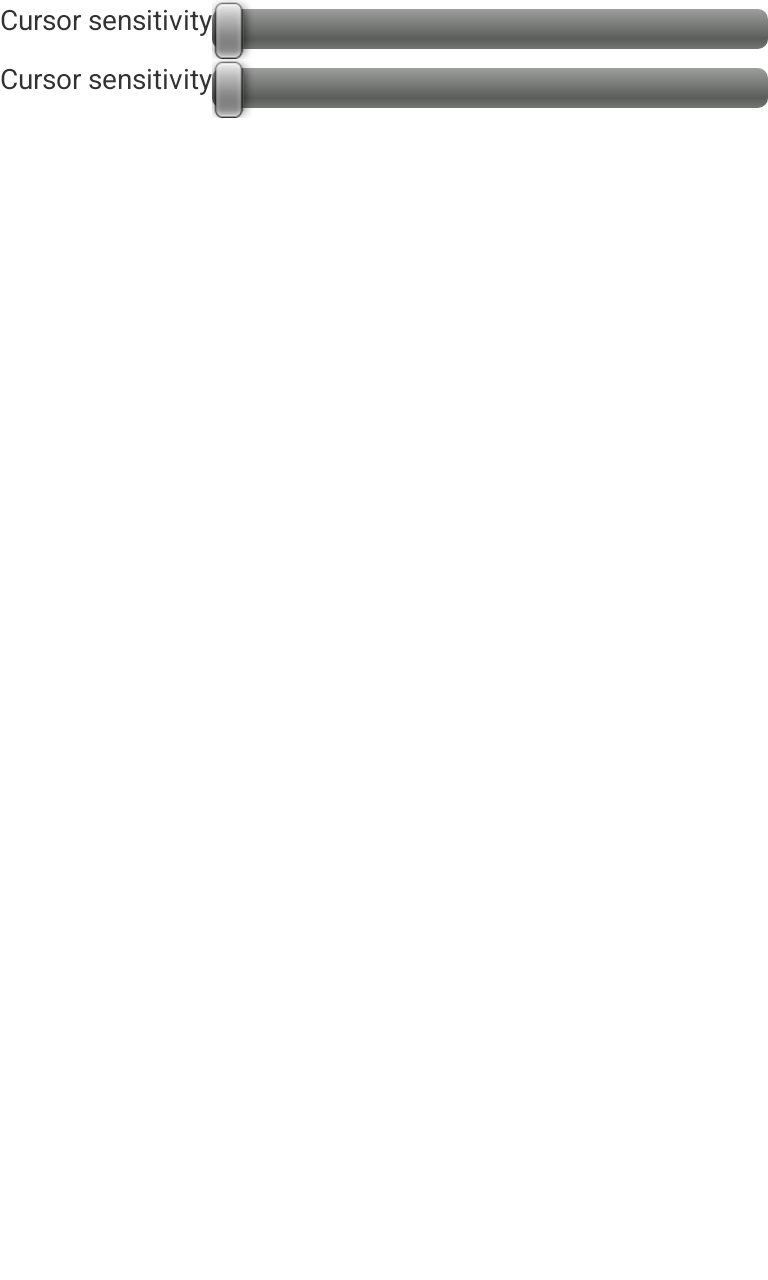
Repository: kamiljano/PCRemote
Layout: workspace/PCRemote/res/layout/preferences_activity.xml
The author's editor kept a copy of each file at every save. The layout is drawn from the files as they stood at one save, then again after the next save.
It is drawn on a 768 x 1280 px phone screen (xhdpi) without system bars, with theme AppTheme; the app's code is not run.

Above is the layout before, as saved 2012-09-21 15:19:27.

### workspace/PCRemote/res/layout/preferences_activity.xml
<?xml version="1.0" encoding="utf-8"?>
<ScrollView xmlns:android="http://schemas.android.com/apk/res/android"
    android:layout_width="match_parent"
    android:layout_height="match_parent">

    <TableLayout
        android:layout_width="match_parent"
        android:layout_height="wrap_content"
        android:stretchColumns="1">

        <TableRow
            android:layout_width="match_parent"
            android:layout_height="wrap_content" >

            <TextView
                android:layout_width="wrap_content"
                android:layout_height="wrap_content"
                android:text="@string/cursorSens" />

            <SeekBar
                android:id="@+id/cursorSens"
                android:layout_width="match_parent"
                android:layout_height="wrap_content" />

        </TableRow>

        <TableRow
            android:layout_width="match_parent"
            android:layout_height="wrap_content" >

            <TextView
                android:layout_width="wrap_content"
                android:layout_height="wrap_content"
                android:text="@string/cursorSens" />

            <SeekBar
                android:id="@+id/scrollSens"
                android:layout_width="match_parent"
                android:layout_height="wrap_content" />

        </TableRow>

    </TableLayout>

</ScrollView>

### workspace/PCRemote/res/values/strings.xml
<resources>

    <string name="app_name">PCRemote</string>
    <string name="hello_world">Hello world!</string>
    <string name="menu_settings">Settings</string>
    <string name="title_activity_main">MainActivity</string>
    <string name="remote">Remote</string>
    <string name="servers">Servers</string>
    <string name="preferences">Preferences</string>
    <string name="help">Help</string>
    <string name="addServer">Add Server</string>
    <string name="name">Name</string>
    <string name="address">Address</string>
    <string name="port">Port</string>
    <string name="add">Add</string>
    <string name="serverNameHint">The name that will be visible in your list of servers</string>
    <string name="serverAddressHint">The IP or DNS address of a PC you want to control</string>
    <string name="serverPortHint">The port used by the server installed on your PC</string>
    <string name="remove">Remove</string>
    <string name="info">Info</string>
    <string name="serverInfo">Server info</string>
	<string name="noServerSelected">No server has been selected yet</string>
    <string name="connecting">Connecting. Please wait...</string>
    <string name="connectionFail">Unable to connect to server</string>
    <string name="connected">Connected</string>
    <string name="mouseInfo">Slide to control cursor</string>
    <string name="connectionLost">Unable to communicate with the server</string>
    <string name="edit">Edit</string>
    <string name="save">Save</string>
    <string name="keyboard">Keyboard</string>
    <string name="mousepad">Mouse pad</string>
    <string name="media">Media</string>
    <string name="prev">Previous</string>
    <string name="next">Next</string>
    <string name="play">Play</string>
    <string name="pause">Pause</string>
    <string name="aboutText">Project created by Kamil Janowski in year 2012 as his Engineering Final Project.
        I know it might not look that perfect, but still, the important thing is that it actually works, right? :D</string>
    <string name="cursorSens">Cursor sensitivity</string>
    <string name="prefsStoreFail">Failed to store preferences</string>
    <string name="scrollSens">Scroll sensitivity</string>
</resources>

Loaded but not shown: workspace/PCRemote/res/values/styles.xml (common file)

After the next save:
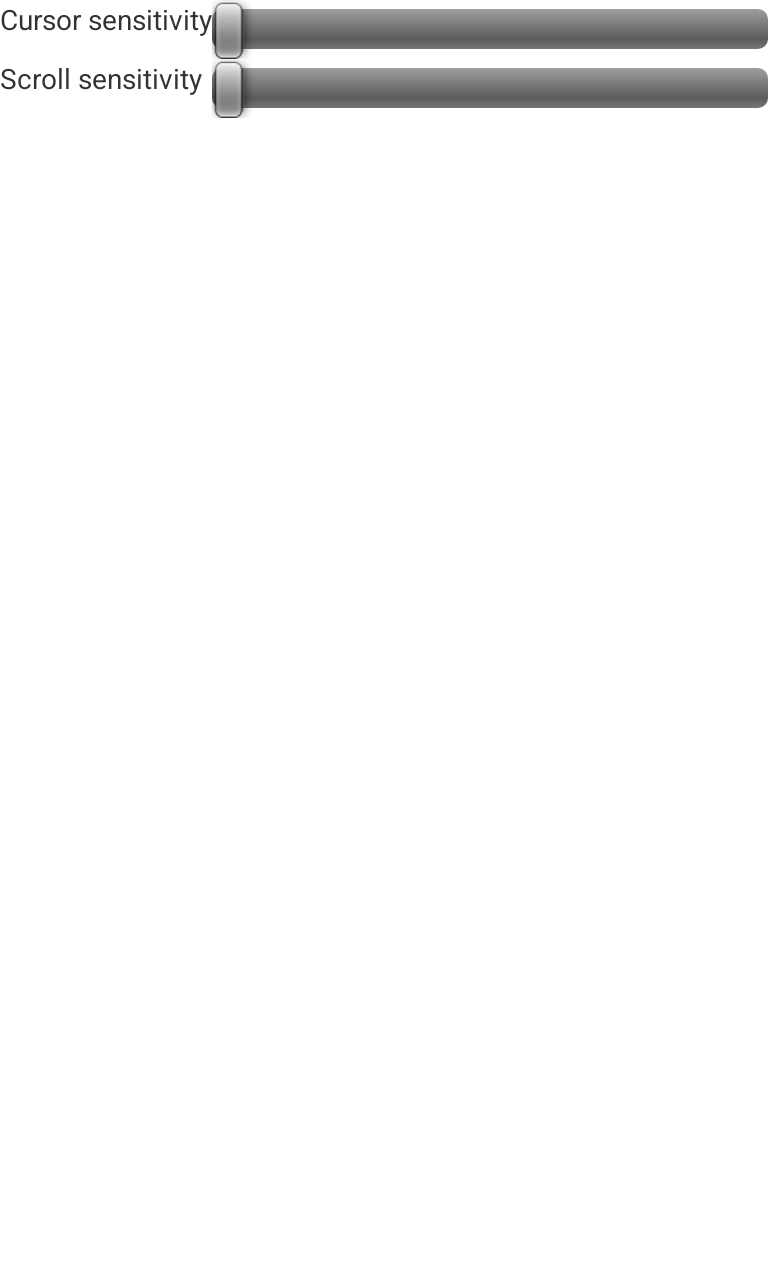
Saved 6 s later.
--- a/workspace/PCRemote/res/layout/preferences_activity.xml
+++ b/workspace/PCRemote/res/layout/preferences_activity.xml
@@ -31,7 +31,7 @@
             <TextView
                 android:layout_width="wrap_content"
                 android:layout_height="wrap_content"
-                android:text="@string/cursorSens" />
+                android:text="@string/scrollSens" />
 
             <SeekBar
                 android:id="@+id/scrollSens"
